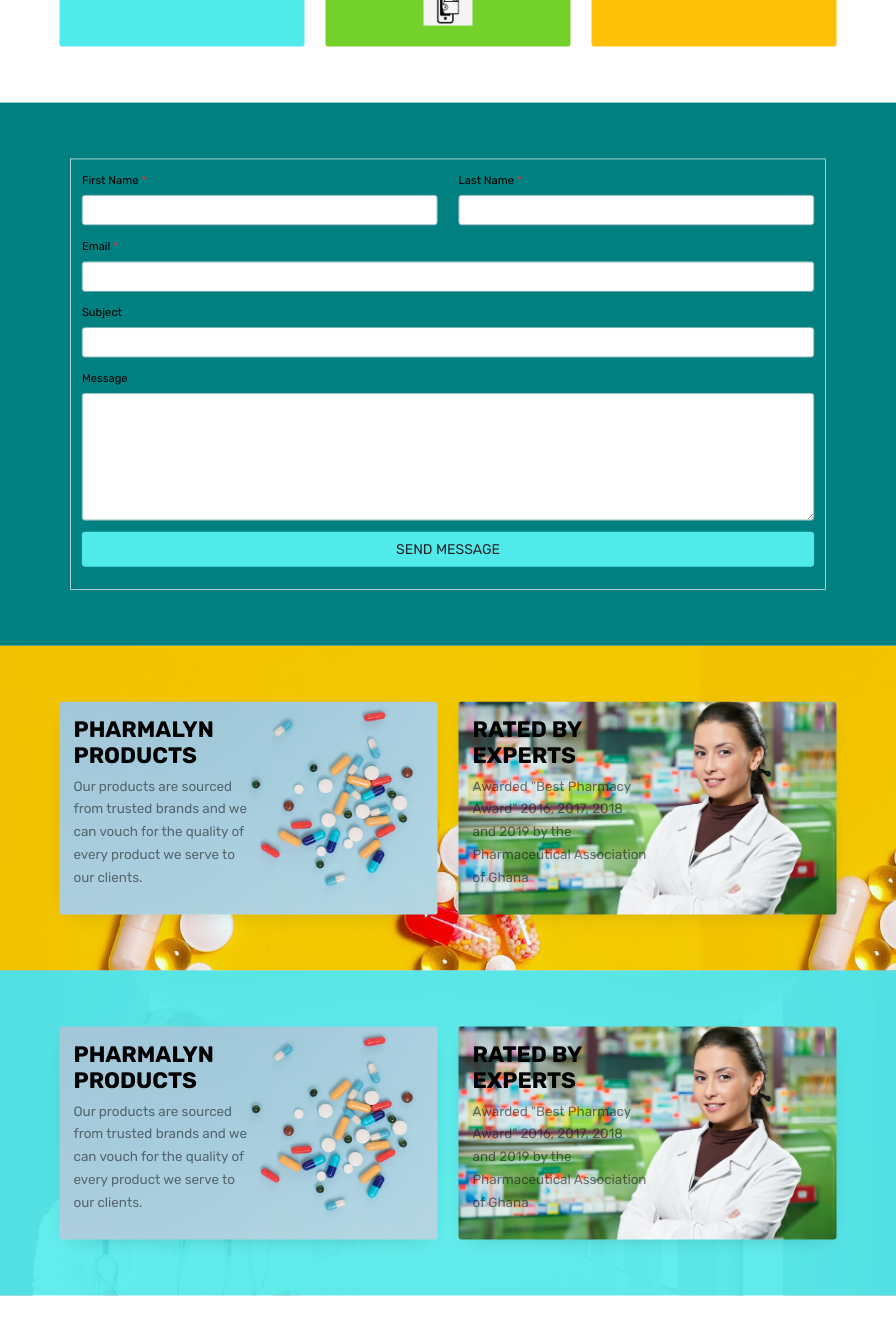
Repository: Nat-A/finalyearproject
Page: pharma/index - Copy.html
The author's editor kept a copy of each file at every save. The page is drawn from the files as they stood at one save, then again after a run of saves.
The browser window is 1280 px wide. The pictures show the part of the page from y = 862 to 2782 px (the page is 3216 px tall before and 3232 px after), at 70% of full size.

Above is the page before, as saved 2020-06-03 13:37:28.

### pharma/index - Copy.html
<!DOCTYPE html>
<html lang="en">

<head>
    <title>PharmaLyn &mdash; HomePage</title>
    <meta charset="utf-8">
    <meta name="viewport" content="width=device-width, initial-scale=1, shrink-to-fit=no">

    <link href="https://fonts.googleapis.com/css?family=Rubik:400,700|Crimson+Text:400,400i" rel="stylesheet">
    <link rel="stylesheet" href="fonts/icomoon/style.css">

    <link rel="stylesheet" href="css/bootstrap.min.css">
    <link rel="stylesheet" href="css/magnific-popup.css">
    <link rel="stylesheet" href="css/jquery-ui.css">
    <link rel="stylesheet" href="css/owl.carousel.min.css">
    <link rel="stylesheet" href="css/owl.theme.default.min.css">


    <link rel="stylesheet" href="css/aos.css">

    <link rel="stylesheet" href="css/style.css">

</head>

<body>

    <div class="site-wrap">

        <!-- navbar  -->
        <div class="site-navbar py-2">

            <div class="search-wrap">
                <div class="container">
                    <a href="#" class="search-close js-search-close"><span class="icon-close2"></span></a>
                    <!-- search feature -->
                    <form action="#" method="post">
                        <input type="text" class="form-control" placeholder="Search drug...">
                    </form>
                </div>
            </div>

            <div class="container">
                <div class="d-flex align-items-center justify-content-between">
                    <div class="logo">
                        <div class="site-logo">
                            <a href="index.html" class="js-logo-clone">PharmaLyn</a>
                        </div>
                    </div>
                    <div class="main-nav d-none d-lg-block">
                        <nav class="site-navigation text-right text-md-center" role="navigation">
                            <ul class="site-menu js-clone-nav d-none d-lg-block">
                                <li class="active"><a href="index.html">Home</a></li>

                                <li class="has-children">
                                    <a href="#">Services</a>
                                    <ul class="dropdown">
                                        <li><a href="shop.html">Store</a></li>
                                        <li><a href="#">Scan Prescription</a></li>
                                        <li><a href="#">Request Video Chat</a></li>
                                    </ul>
                                </li>
                                <li><a href="contact.html">Contact</a></li>
                                <li><a href="about.html">About</a></li>
                                <li><a href="#">Log In / Sign Up  </a></li>
                                <!-- insert modal here -->
                            </ul>
                        </nav>
                    </div>
                    <div class="icons">
                        <a href="#" class="icons-btn d-inline-block js-search-open"><span class="icon-search"></span></a>
                        <a href="cart.html" class="icons-btn d-inline-block bag">
                            <span class="icon-shopping-bag"></span>
                            <!-- subject to the items in the cart -->
                            <span class="number">2</span>
                        </a>
                        <a href="#" class="site-menu-toggle js-menu-toggle ml-3 d-inline-block d-lg-none"><span
                class="icon-menu"></span></a>
                    </div>
                </div>
            </div>
        </div>
        <!-- end of navbar -->


        <!-- site banner -->
        <div class="site-blocks-cover" style="background-image: url('images/pills.jpg');">
            <div class="container">
                <div class="row">
                    <div class="col-lg-7 mx-auto order-lg-2 align-self-center">
                        <div class="site-block-cover-content text-center">
                            <h2 class="sub-title">PharmaLyn, We Care For You</h2>
                            <h1>Welcome To PharmaLyn</h1>
                            <p>
                                <a href="shop.html" class="btn btn-primary px-5 py-3">Shop Now</a>
                            </p>
                        </div>
                    </div>
                </div>
            </div>
        </div>
        <!-- end of banner -->

        <div class="site-section mb-0">
            <div class="container">
                <div class="row align-items-stretch section-overlap">
                    <div class="col-md-6 col-lg-4 mb-4 mb-lg-0">
                        <div class="banner-wrap bg-primary h-100">
                            <a class="h-100">
                                <h5 class="text-center">Place Order</h5>
                            </a>
                        </div>
                    </div>
                    <div class="col-md-6 col-lg-4 mb-4 mb-lg-0">
                        <div class="banner-wrap h-100">
                            <a class="h-100">
                                <h5 class="text-center">Select Payment Option</h5>
                                <img src="images/payment.png" alt="" width="70px" height="50px">
                            </a>
                        </div>
                    </div>
                    <div class="col-md-6 col-lg-4 mb-4 mb-lg-0">
                        <div class="banner-wrap bg-warning h-100">
                            <a class="h-100">
                                <h5 class="text-center">Free Delivery</h5>
                                <img src="images/delivery.gif" alt="" width="70px" height="50px">
                            </a>
                        </div>
                    </div>
                </div>
            </div>
        </div>
        <!-- creating another one -->



        <div class="site-section" style="background: teal;">
            <div class="container">
                <div class="col-md-12">

                    <form action="#" method="post">

                        <div class="p-3 p-lg-3 border">
                            <div class="form-group row">
                                <div class="col-md-6">
                                    <label for="c_fname" class="text-black">First Name <span class="text-danger">*</span></label>
                                    <input type="text" class="form-control" id="c_fname" name="c_fname">
                                </div>
                                <div class="col-md-6">
                                    <label for="c_lname" class="text-black">Last Name <span class="text-danger">*</span></label>
                                    <input type="text" class="form-control" id="c_lname" name="c_lname">
                                </div>
                            </div>
                            <div class="form-group row">
                                <div class="col-md-12">
                                    <label for="c_email" class="text-black">Email <span class="text-danger">*</span></label>
                                    <input type="email" class="form-control" id="c_email" name="c_email" placeholder="">
                                </div>
                            </div>
                            <div class="form-group row">
                                <div class="col-md-12">
                                    <label for="c_subject" class="text-black">Subject </label>
                                    <input type="text" class="form-control" id="c_subject" name="c_subject">
                                </div>
                            </div>

                            <div class="form-group row">
                                <div class="col-md-12">
                                    <label for="c_message" class="text-black">Message </label>
                                    <textarea name="c_message" id="c_message" cols="30" rows="7" class="form-control"></textarea>
                                </div>
                            </div>
                            <div class="form-group row">
                                <div class="col-lg-12">
                                    <input type="submit" class="btn btn-primary btn-lg btn-block" value="Send Message">
                                </div>
                            </div>
                        </div>
                    </form>
                </div>







            </div>
        </div>


        <!-- site ad -->
        <div class="site-section" style="background-image: url( 'images/bg.jpeg'); ">
            <div class="container ">
                <div class="row align-items-stretch ">
                    <div class="col-lg-6 mb-5 mb-lg-0 ">
                        <a class="banner-1 h-100 d-flex " style="background-image: url( 'images/bg_1.jpg'); ">
                            <div class="banner-1-inner align-self-center ">
                                <h2>PharmaLyn Products</h2>
                                <p>Our products are sourced from trusted brands and we can vouch for the quality of every product we serve to our clients.
                                </p>
                            </div>
                        </a>
                    </div>
                    <div class="col-lg-6 mb-5 mb-lg-0 ">
                        <a class="banner-1 h-100 d-flex " style="background-image: url( 'images/avatars/doctor4.jpg'); ">
                            <div class="banner-1-inner align-self-center ">
                                <h2>Rated by Experts</h2>
                                <p>Awarded "Best Pharmacy Award" 2016, 2017, 2018 and 2019 by the Pharmaceutical Association of Ghana
                                </p>
                            </div>
                        </a>
                    </div>
                </div>
            </div>
        </div>
        <!-- end of ad -->




        <!-- original site ad -->
        <div class="site-section bg-secondary bg-image " style="background-image: url( 'images/bg_2.jpg'); ">
            <div class="container ">
                <div class="row align-items-stretch ">
                    <div class="col-lg-6 mb-5 mb-lg-0 ">
                        <a class="banner-1 h-100 d-flex " style="background-image: url( 'images/bg_1.jpg'); ">
                            <div class="banner-1-inner align-self-center ">
                                <h2>PharmaLyn Products</h2>
                                <p>Our products are sourced from trusted brands and we can vouch for the quality of every product we serve to our clients.
                                </p>
                            </div>
                        </a>
                    </div>
                    <div class="col-lg-6 mb-5 mb-lg-0 ">
                        <a class="banner-1 h-100 d-flex " style="background-image: url( 'images/avatars/doctor4.jpg'); ">
                            <div class="banner-1-inner align-self-center ">
                                <h2>Rated by Experts</h2>
                                <p>Awarded "Best Pharmacy Award" 2016, 2017, 2018 and 2019 by the Pharmaceutical Association of Ghana
                                </p>
                            </div>
                        </a>
                    </div>
                </div>
            </div>
        </div>
        <!-- end of ad -->

        <!-- footer -->
        <footer class="site-footer ">
            <div class="container ">
                <div class="row ">
                    <div class="col-md-6 col-lg-3 mb-4 mb-lg-0 ">

                        <div class="block-7 ">
                            <h3 class="footer-heading mb-4 ">About Us</h3>
                            <p>Best Pharmacy In Ghana</p>
                        </div>

                    </div>
                    <div class="col-lg-3 mx-auto mb-5 mb-lg-0 ">
                        <h3 class="footer-heading mb-4 ">Quick Links</h3>
                        <ul class="list-unstyled ">
                            <li><a href="shop.html ">Store</a></li>
                            <li><a href="# ">Scan Prescription</a></li>
                            <li><a href="# ">Request Video Chat</a></li>
                        </ul>
                    </div>

                    <div class="col-md-6 col-lg-3 ">
                        <div class="block-5 mb-5 ">
                            <h3 class="footer-heading mb-4 ">Contact Info</h3>
                            <ul class="list-unstyled ">
                                <li class="address ">233 Avenue, Oxford Street, Osu, Accra. </li>
                                <li class="phone "><a href="tel:// ">+233 24 444 444</a></li>
                                <li class="email ">info@pharmalyn.shop</li>
                            </ul>
                        </div>
                    </div>
                </div>
                <div class="row pt-5 text-center ">
                    <div class="col-md-12 ">
                        <p>
                            Copyright &copy;
                            <script>
                                document.write(new Date().getFullYear());
                            </script> All rights reserved | PharmaLyn
                        </p>
                    </div>
                </div>
            </div>
        </footer>
        <!-- end of footer -->
    </div>

    <script src="js/jquery-3.3.1.min.js "></script>
    <script src="js/jquery-ui.js "></script>
    <script src="js/popper.min.js "></script>
    <script src="js/bootstrap.min.js "></script>
    <script src="js/owl.carousel.min.js "></script>
    <script src="js/jquery.magnific-popup.min.js "></script>
    <script src="js/aos.js "></script>

    <script src="js/main.js "></script>

</body>

</html>

Loaded but not shown: pharma/fonts/icomoon/style.css (common file); pharma/css/bootstrap.min.css (library); pharma/css/magnific-popup.css (library); pharma/css/jquery-ui.css (library); pharma/css/owl.carousel.min.css (common file); pharma/css/owl.theme.default.min.css (common file); pharma/css/aos.css (library); pharma/js/jquery-3.3.1.min.js (library); pharma/js/jquery-ui.js (library); pharma/js/popper.min.js (library); pharma/js/bootstrap.min.js (library); pharma/js/owl.carousel.min.js (library); pharma/js/jquery.magnific-popup.min.js (library); pharma/js/aos.js (library); pharma/js/main.js (219 lines, source omitted); pharma/css/style.css (1125 lines, source omitted)

After the next 2 saves:
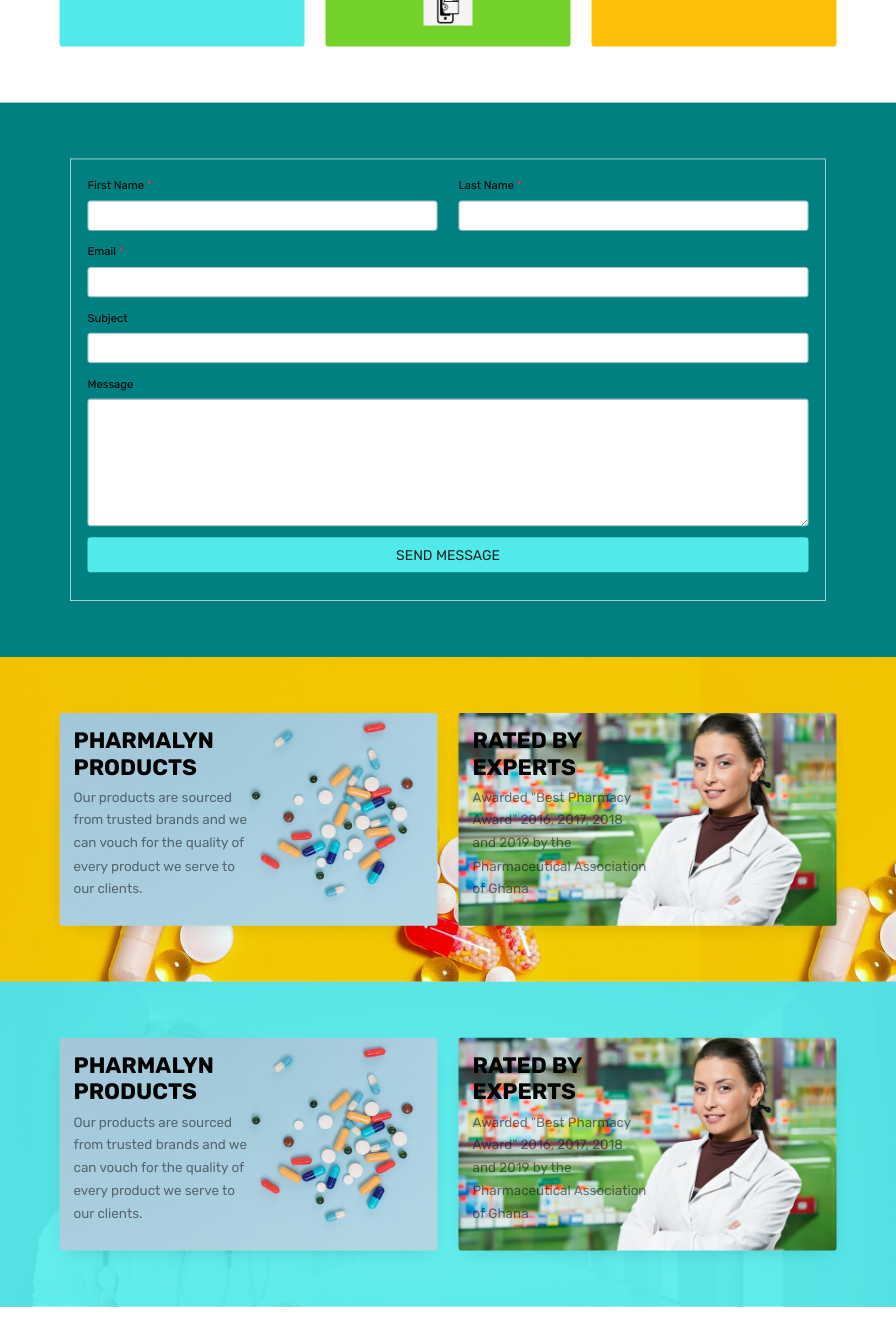
The 2 saves are shown as one change because they came seconds apart.
The last was saved 8 s later.
--- a/pharma/index - Copy.html
+++ b/pharma/index - Copy.html
@@ -139,7 +139,7 @@
 
                     <form action="#" method="post">
 
-                        <div class="p-3 p-lg-3 border">
+                        <div class="p-3 p-lg-4 border">
                             <div class="form-group row">
                                 <div class="col-md-6">
                                     <label for="c_fname" class="text-black">First Name <span class="text-danger">*</span></label>
